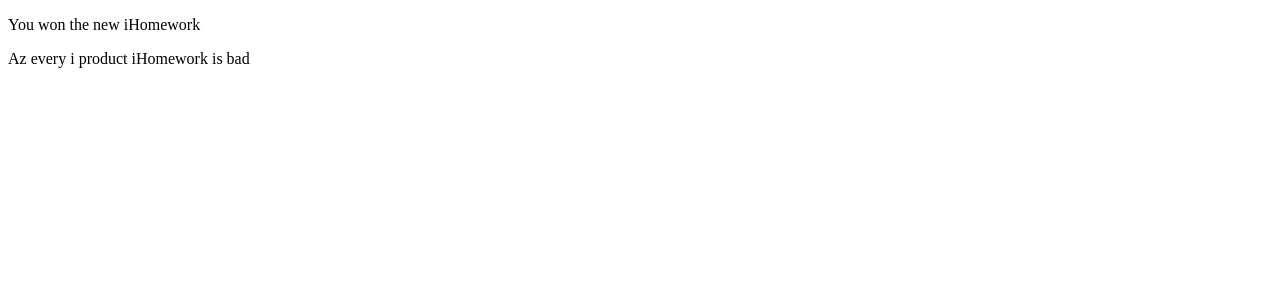
Repository: VladimirJetchev/JavaScriptHomework
Page: HomeworkJS/Task3JS/Task3JS.html
These files come from the project's save history. The page is drawn as it stood at one moment and after the next save; the edit follows.
The browser window is 1280 px wide. The pictures show the whole page.

Above is the page before, as saved 2016-01-11 12:24:12.

### HomeworkJS/Task3JS/Task3JS.html
<!DOCTYPE html>
<html lang="en">
<head>
    <meta charset="UTF-8">
    <title>Document</title>
</head>
<body>
    <div>
        <p id="SPAM">You won the new iHomework</p>
    </div>
		<p id="Hidden">Az every i product iHomework is bad</p>
    <script>
    alert(document.getElementById('SPAM').innerHTML);
    </script>
</body>
</html>

After the next save:
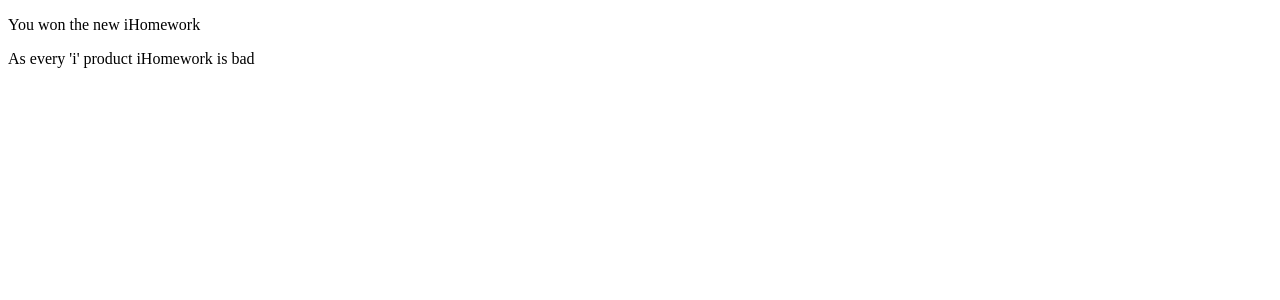
Saved 52 s later.
--- a/HomeworkJS/Task3JS/Task3JS.html
+++ b/HomeworkJS/Task3JS/Task3JS.html
@@ -8,7 +8,7 @@
     <div>
         <p id="SPAM">You won the new iHomework</p>
     </div>
-		<p id="Hidden">Az every i product iHomework is bad</p>
+		<p id="NoMessage">As every 'i' product iHomework is bad</p>
     <script>
     alert(document.getElementById('SPAM').innerHTML);
     </script>
